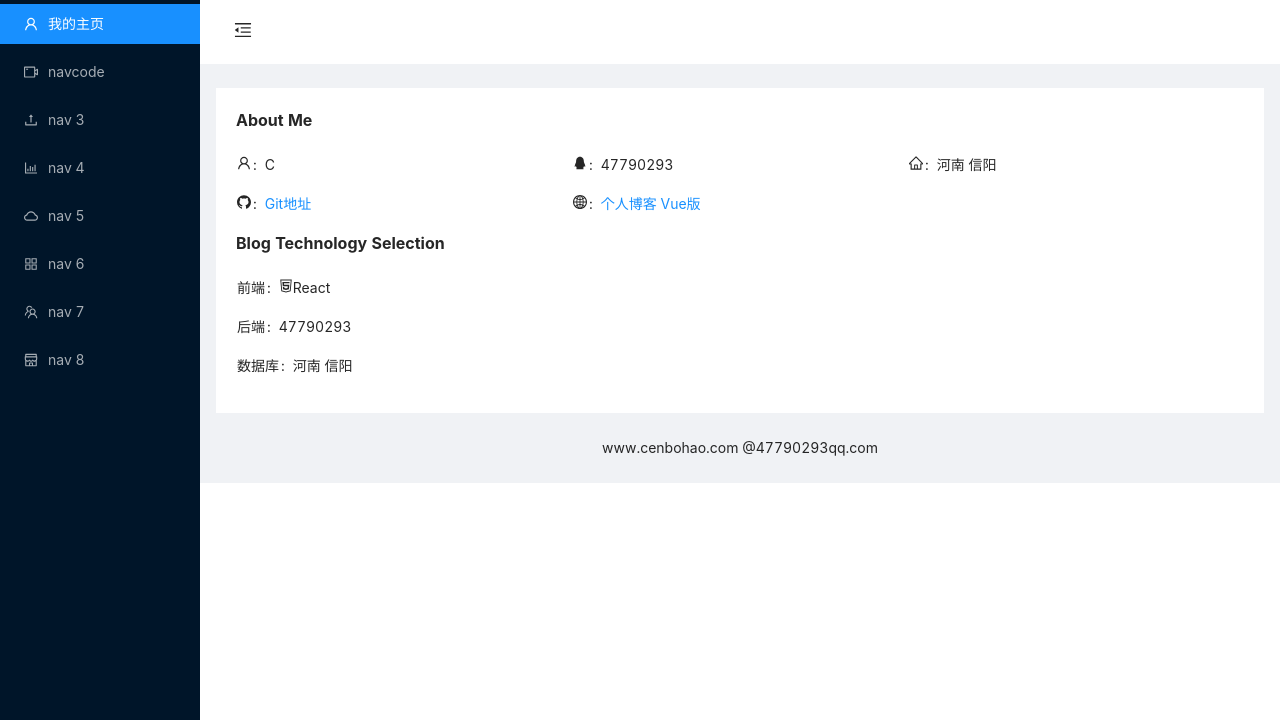
Repository: CBH20010703/bolgsweb
Page: /index (app in blogs/)
The author's editor kept a copy of each file at every save. The page is drawn from the files as they stood at one save, then again after the next save.
The browser window is 1280 px wide. The pictures show the whole page.
The project was rebuilt for these pictures with package versions that can differ from the ones it lists, and the page was loaded fresh each time. Also part of the build but not shown: blogs/src/view/Login/Login.jsx, blogs/src/component/Menu/MenuList.css, blogs/src/view/Home/Home.css, blogs/src/view/NavCode/NavCode.css, blogs/src/view/NavCode/NavCode.jsx, blogs/src/view/404/Error.jsx.

Above is the page before, as saved 2021-06-27 22:39:22.

After the next save:
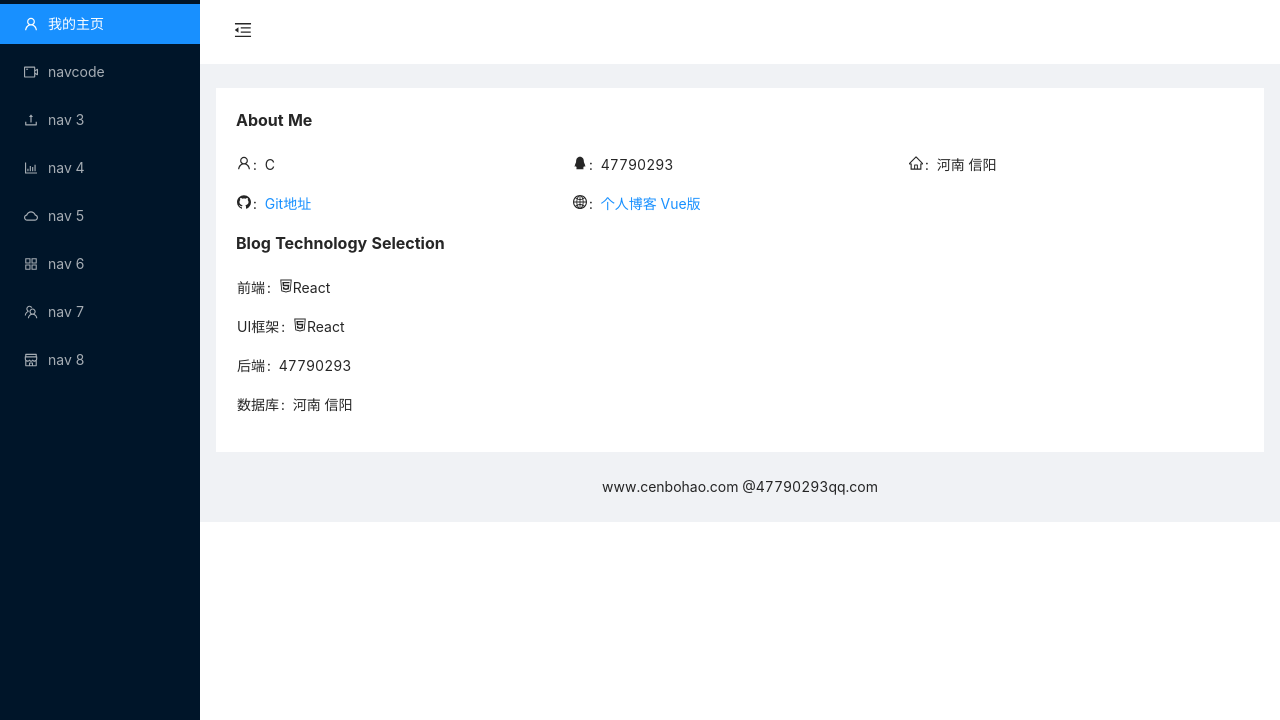
Saved 23 s later.
--- a/blogs/src/view/Home/Home.jsx
+++ b/blogs/src/view/Home/Home.jsx
@@ -23,6 +23,7 @@ export default class Home extends Component {
 
                 <Descriptions title="Blog Technology Selection">
                     <Descriptions.Item span={3} label="前端"><Html5Outlined /> React</Descriptions.Item>
+                    <Descriptions.Item span={3} label="UI框架"><Html5Outlined /> React</Descriptions.Item>
                     <Descriptions.Item span={3} label="后端"> 47790293</Descriptions.Item>
                     <Descriptions.Item span={3} label="数据库">河南 信阳</Descriptions.Item>
 
